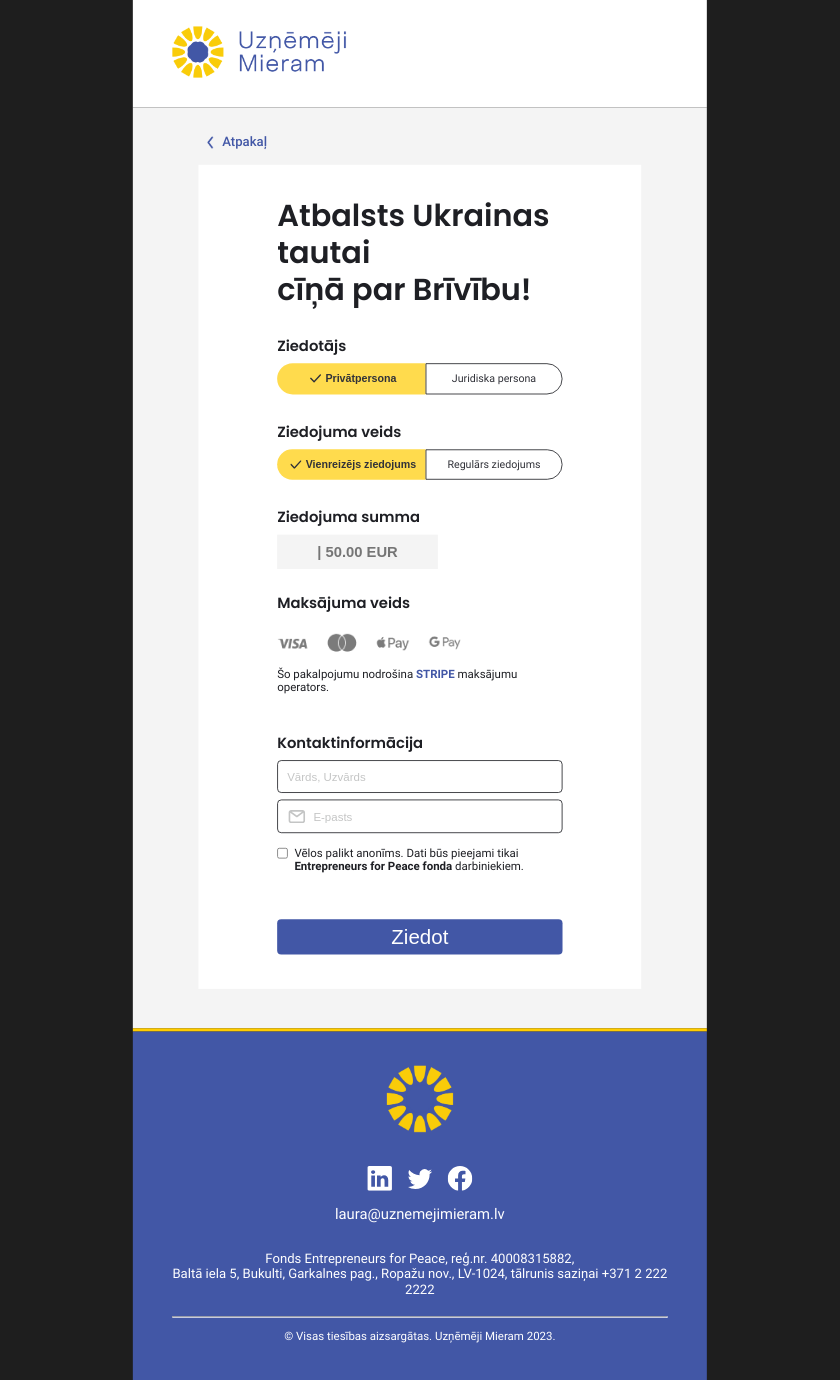
Repository: KatrinaPa/projekts_jul
Page: donate_Ukr-private-onetime.html
These files come from the project's save history. The page is drawn as it stood at one moment and after the next save; the edit follows.
The browser window is 1024 px wide. The pictures show the whole page, at 82% of full size.

Above is the page before, as saved 2023-08-02 12:20:33.
Console error: TypeError: Cannot read properties of null (reading 'addEventListener')

After the next save:
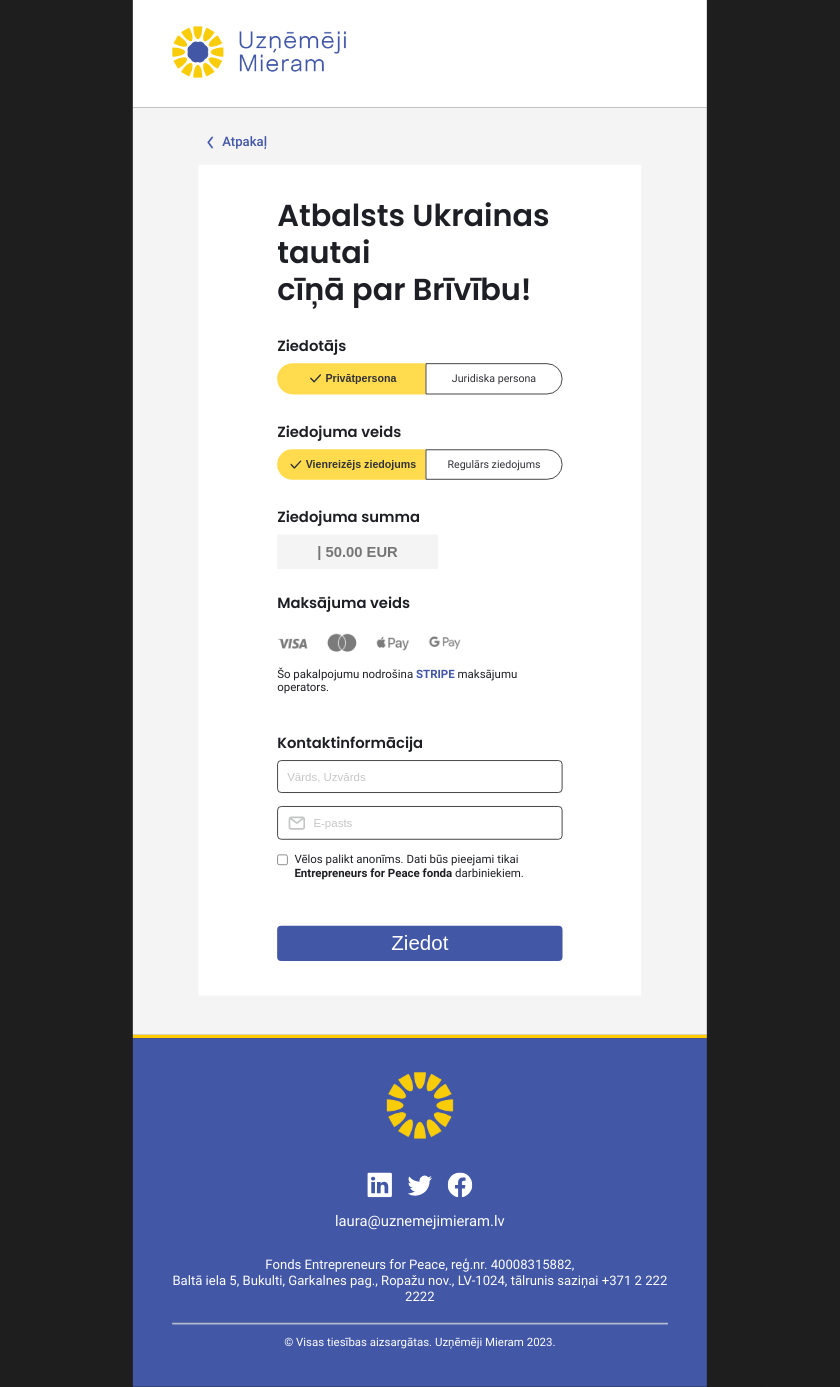
Saved 49 s later.
--- a/assets/donate-page.css
+++ b/assets/donate-page.css
@@ -305,7 +305,6 @@
     }
 
     .inputs-details {
-        gap: 0.5rem;
         flex-direction: column;
     }
 
